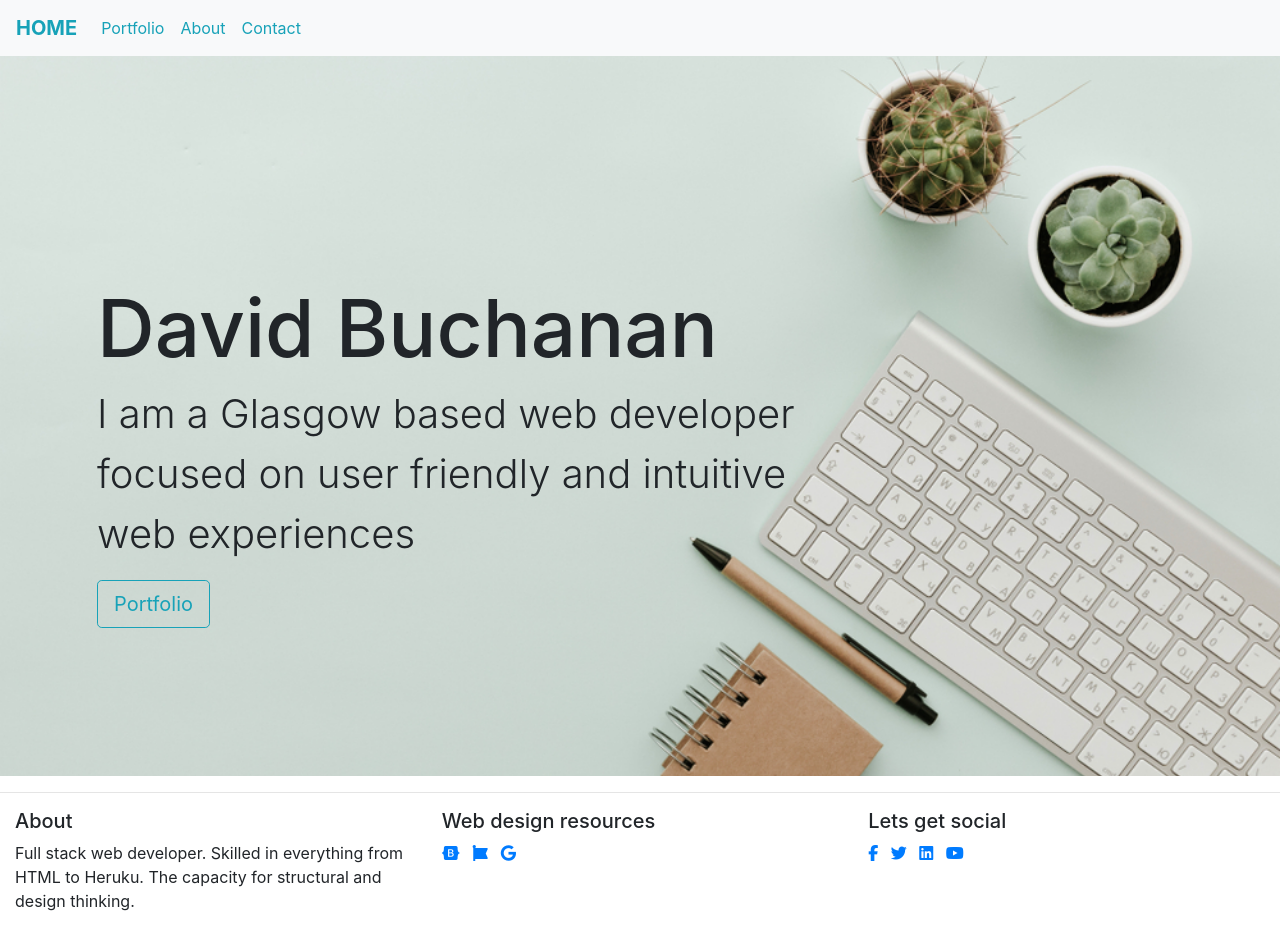
Repository: davidjbuchanan/MS1-Martina-Zampa
Page: index.html
The author's editor kept a record of every edit. The page is drawn from the files as they stood at one moment, then again after the next edit.
The browser window is 1280 px wide. The pictures show the whole page.
Backgrounds fixed to the window are drawn as part of the page. Some web libraries are served in a nearby version.

Above is the page before.

After the next edit:
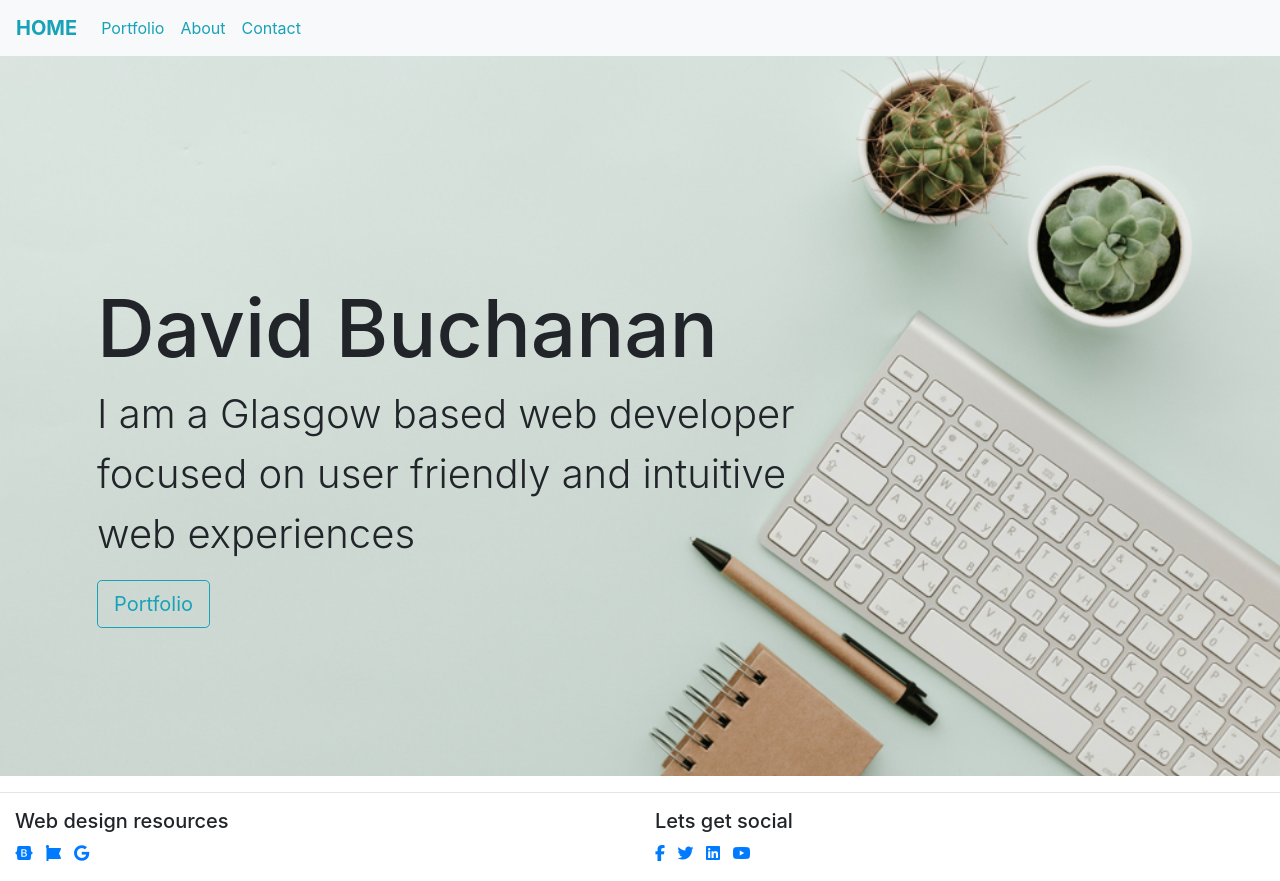
The edit:
--- a/index.html
+++ b/index.html
@@ -51,13 +51,7 @@
     </article>
     <footer class="container-fluid">
         <div id="footer-details" class="row">
-            <div class="col-sm-4">
-                <h5 class="uppercase general-sub">About</h5>
-                <p class="inline-block">
-                    Full stack web developer. Skilled in everything from HTML to Heruku. The capacity for structural and design thinking.
-                </p>
-            </div>
-            <div class="col-sm-4">
+            <div class="col-sm-6">
                 <h5 class="uppercase general-sub">Web design resources</h5>
                 <ul class="list-inline social-links">
                     <li class="list-inline-item">
